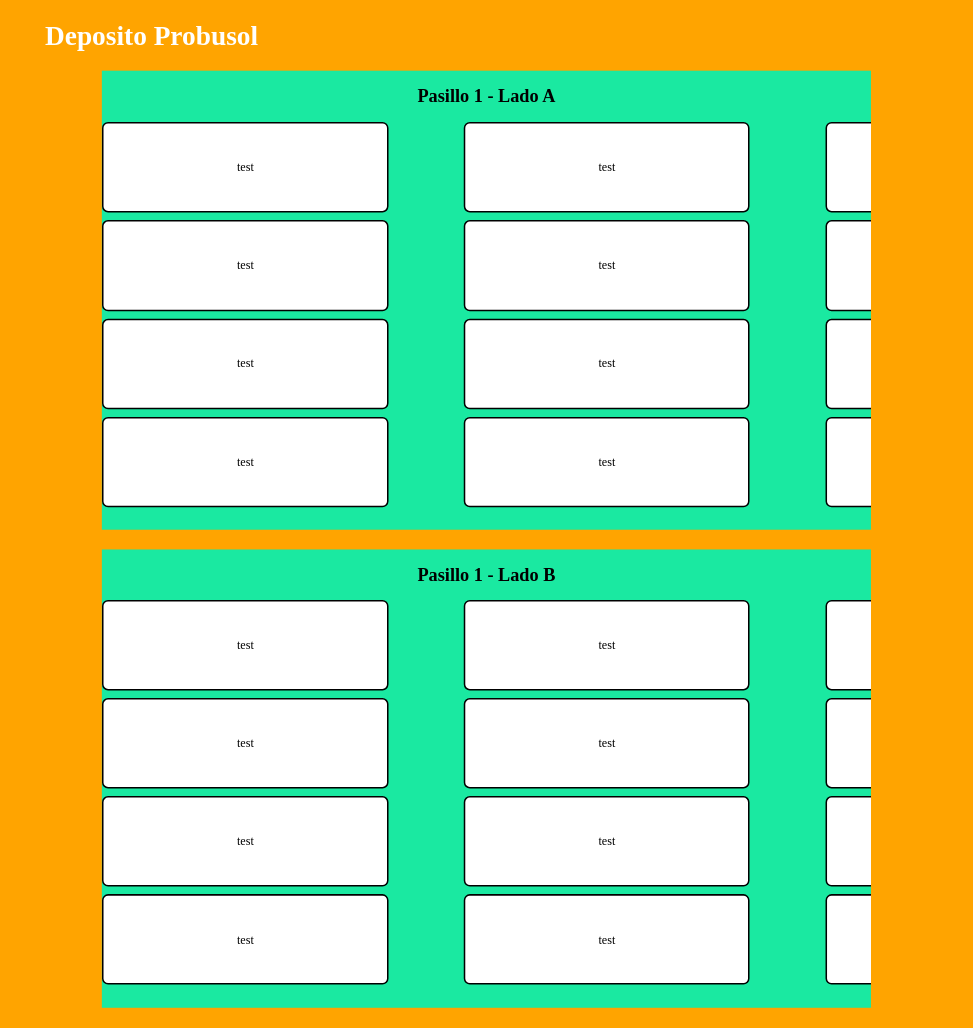
Repository: Franzcod/DepoStock_Web
Page: index.html
The author's editor kept a copy of each file at every save. The page is drawn from the files as they stood at one save, then again after the next save.
The browser window is 1280 px wide. The pictures show the whole page, at 76% of full size.

Above is the page before, as saved 2020-06-07 03:02:33.
Console error: ReferenceError: ur is not defined

After the next save:
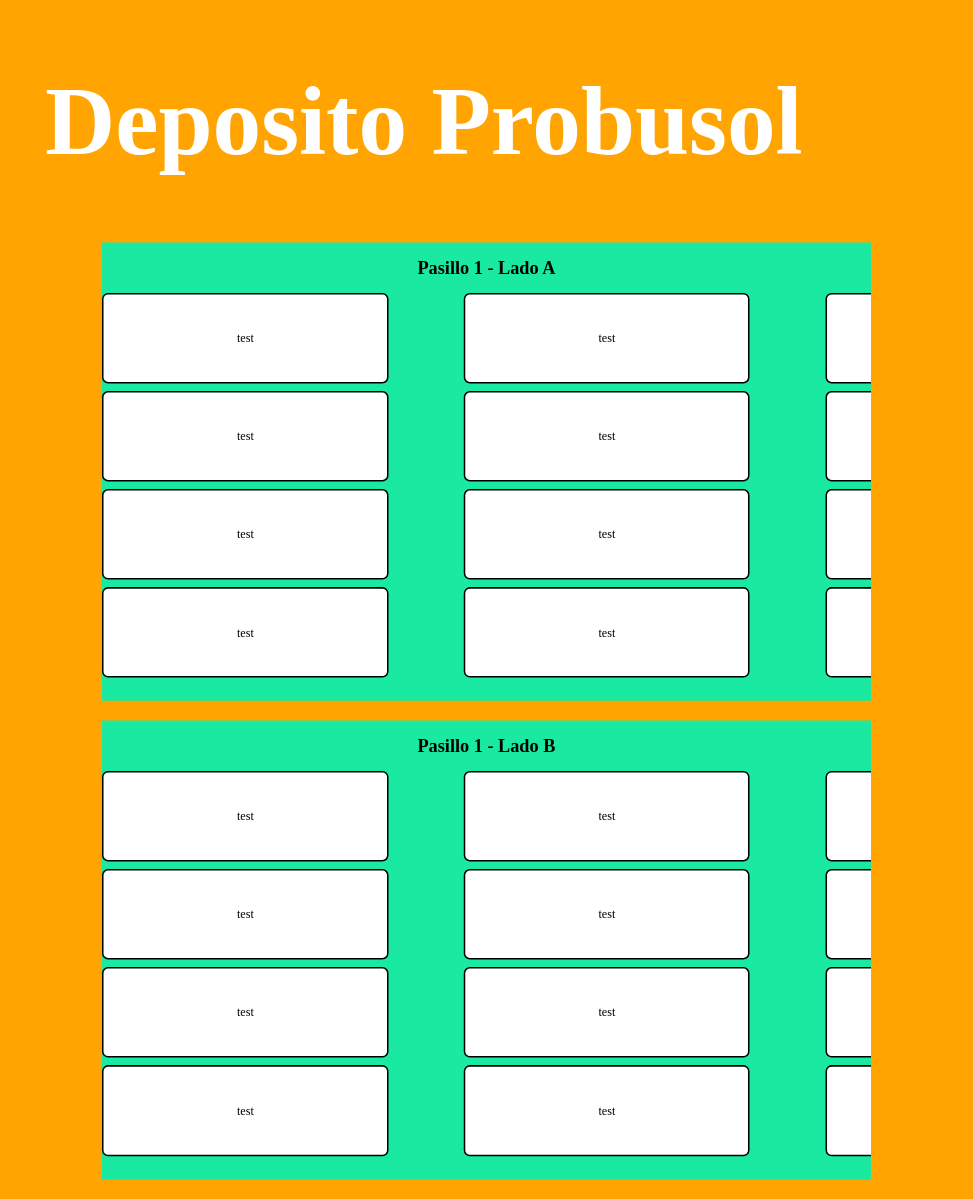
Saved 5 s later.
--- a/estilo/estilo.css
+++ b/estilo/estilo.css
@@ -6,7 +6,7 @@ html{
     margin: 2vw 4vw;
     align-items: center;
     color: #fff;
-    font-size: large;
+    font-size: 5vw;
 }
 
 #div2 {
